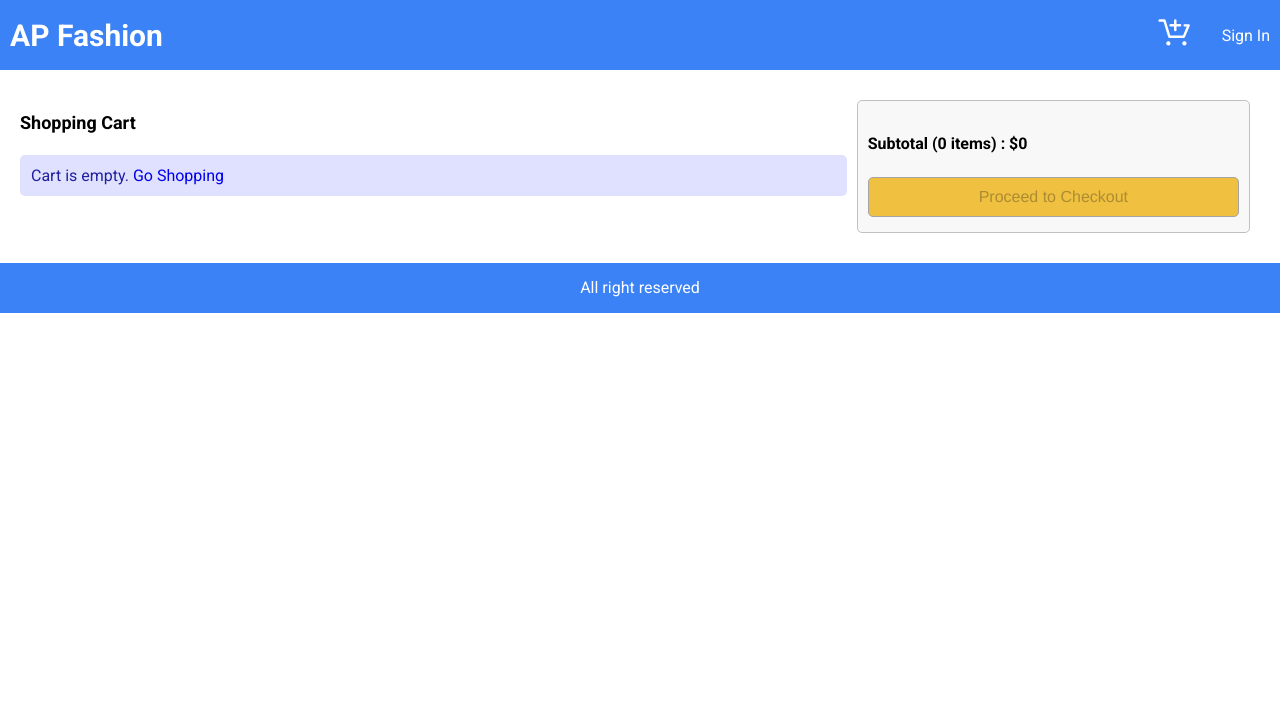
Repository: rexhep/e-commerce
Page: /cart (app in frontend/)
An editor plug-in stored every save of this project. The page is shown before and after the next save, followed by the edit.
The browser window is 1280 px wide. The pictures show the whole page.
The project was rebuilt for these pictures with package versions that can differ from the ones it lists, and the page was loaded fresh each time. Also part of the build but not shown: frontend/src/actions/userActions.js, frontend/src/components/clientHeader/ClientHeader.jsx, frontend/src/components/Rating.js, frontend/src/components/Product.js, frontend/src/components/LoadingBox.js, frontend/src/actions/productActions.js, frontend/src/components/clientHeader/HeaderSlider.jsx, frontend/src/pages/HomePage.js and 21 more.

Above is the page before, as saved 2021-10-13 00:58:26.

After the next save:
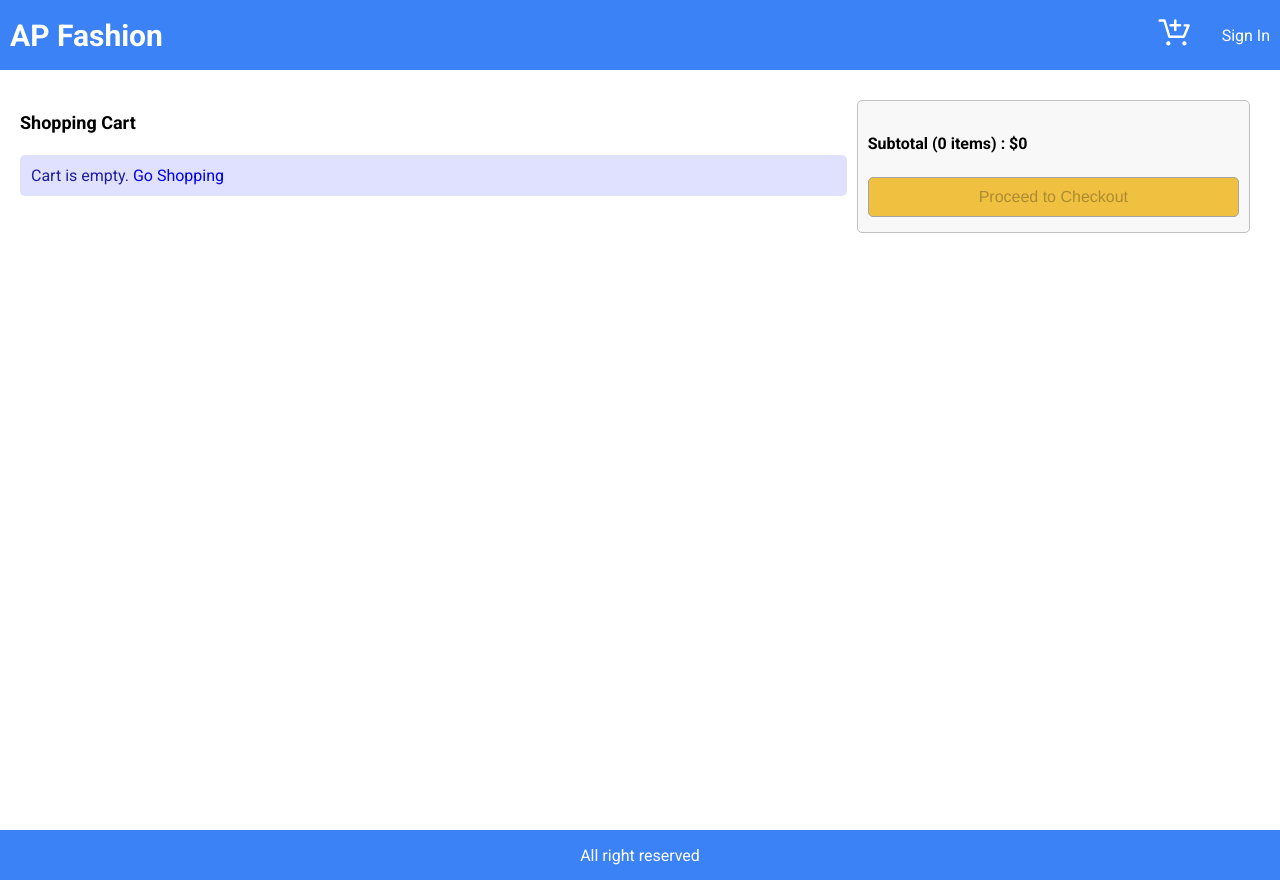
Saved 38 s later.
--- a/frontend/src/pages/CartPage.js
+++ b/frontend/src/pages/CartPage.js
@@ -26,7 +26,8 @@ const useStyles = makeStyles((theme) => ({
         fontSize: '14px'
     },
     cardRow: {
-        padding: 20
+        padding: 20,
+        minHeight: '100vh'
     }
 }));
 
